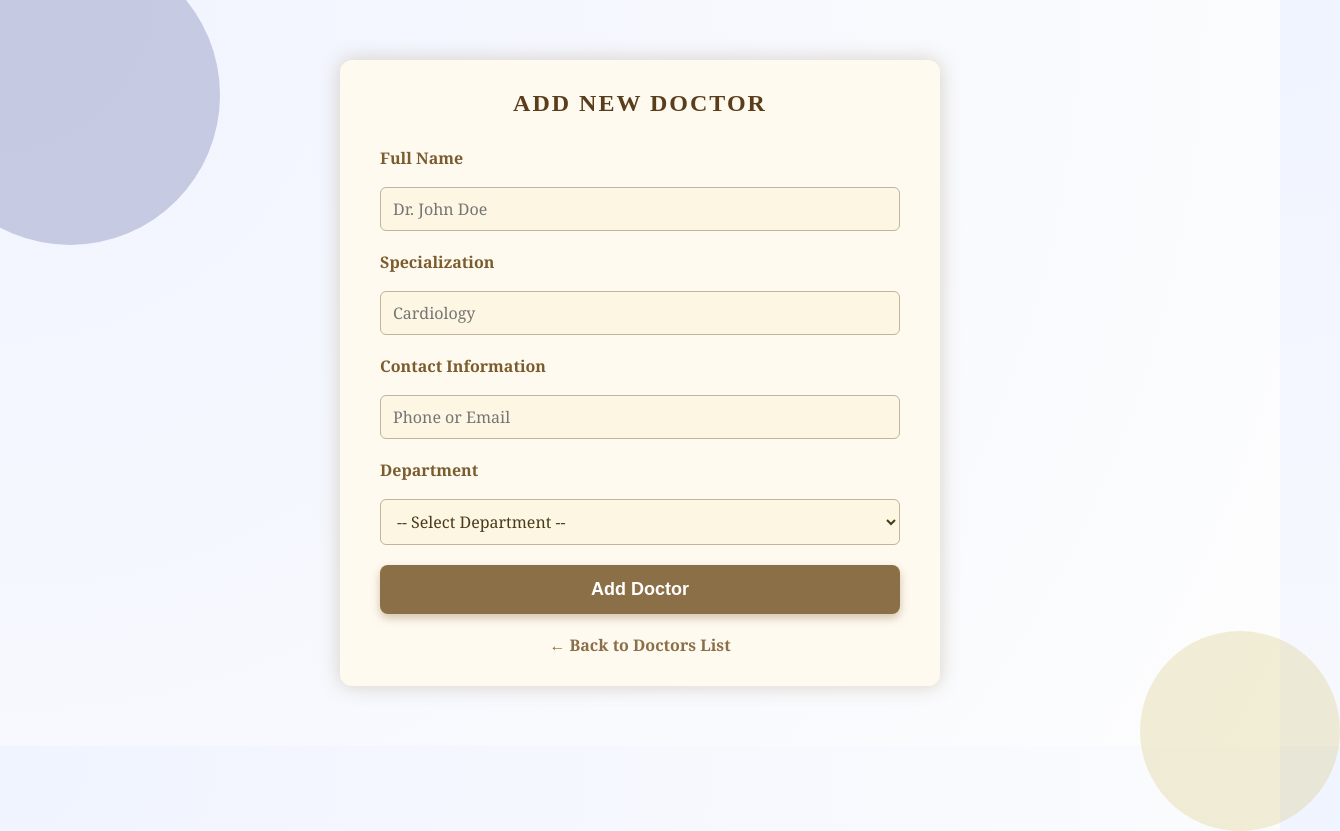
Repository: shreeshskatti/hospital_management_system
Page: http://localhost/doctors/add_doctor.php
The author's editor kept a copy of each file at every save. The page is drawn from the files as they stood at one save, then again after the next save.
The browser window is 1280 px wide. The page is 1340 px wide, so the pictures cover 1340 px, including what lies to the right of the window. The pictures show the whole page.
Some web fonts or font styles are not loaded; a fallback is used. The page is run by PHP 8.4 with error messages shown; the project is at /var/www/html/. Queries for data that is not in the repository find no rows.

Above is the page before, as saved 2025-05-30 11:21:45.

After the next save:
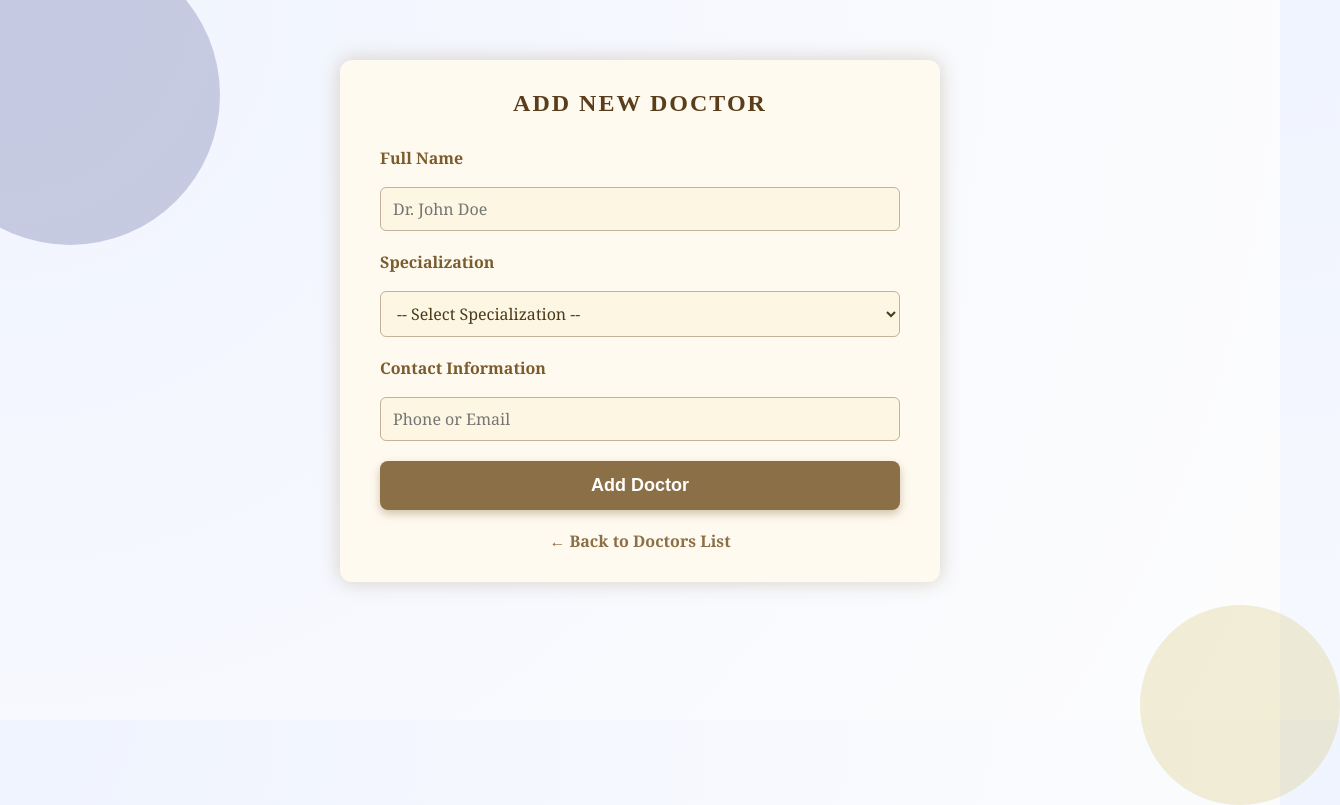
Saved 2 min 55 s later.
--- a/doctors/add_doctor.php
+++ b/doctors/add_doctor.php
@@ -2,42 +2,20 @@
 include '../includes/db.php';
 
 $error = '';
-// Fetch departments for dropdown
-$departments = [];
-$result = $conn->query("SELECT department_id, department_name FROM departments ORDER BY department_name");
-if ($result) {
-    while ($row = $result->fetch_assoc()) {
-        $departments[] = $row;
-    }
-}
 
 if (isset($_POST['submit'])) {
     $name = $conn->real_escape_string($_POST['name']);
     $specialization = $conn->real_escape_string($_POST['specialization']);
     $contact_info = $conn->real_escape_string($_POST['contact_info']);
-    $department_id = intval($_POST['department_id']);
 
-    // Validate department id exists
-    $valid_dept = false;
-    foreach ($departments as $dept) {
-        if ($dept['department_id'] == $department_id) {
-            $valid_dept = true;
-            break;
-        }
-    }
+    $sql = "INSERT INTO doctors (name, specialization, contact_info)
+            VALUES ('$name', '$specialization', '$contact_info')";
 
-    if (!$valid_dept) {
-        $error = "Invalid Department selected.";
+    if ($conn->query($sql)) {
+        echo "<script>alert('Doctor added successfully!'); window.location.href='view_doctors.php';</script>";
+        exit;
     } else {
-        $sql = "INSERT INTO doctors (name, specialization, contact_info, department_id)
-                VALUES ('$name', '$specialization', '$contact_info', $department_id)";
-
-        if ($conn->query($sql)) {
-            echo "<script>alert('Doctor added successfully!'); window.location.href='view_doctors.php';</script>";
-            exit;
-        } else {
-            $error = "Error: " . $conn->error;
-        }
+        $error = "Error: " . $conn->error;
     }
 }
 ?>
@@ -48,7 +26,6 @@ if (isset($_POST['submit'])) {
     <title>Add New Doctor</title>
     <link rel="stylesheet" href="../css/style.css">
     <style>
-    /* same styling as before */
     body {
         font-family: 'Georgia', serif;
         background-color: #f8f4f0;
@@ -146,18 +123,19 @@ if (isset($_POST['submit'])) {
         <input type="text" id="name" name="name" required placeholder="Dr. John Doe">
 
         <label for="specialization">Specialization</label>
-        <input type="text" id="specialization" name="specialization" placeholder="Cardiology">
+        <select id="specialization" name="specialization" required>
+            <option value="">-- Select Specialization --</option>
+            <option value="Cardiology">Cardiology</option>
+            <option value="Neurology">Neurology</option>
+            <option value="Orthopedics">Orthopedics</option>
+            <option value="Pediatrics">Pediatrics</option>
+            <option value="General Medicine">General Medicine</option>
+            <option value="Gynecology">Gynecology</option>
+            <option value="Dermatology">Dermatology</option>
+        </select>
 
         <label for="contact_info">Contact Information</label>
         <input type="text" id="contact_info" name="contact_info" placeholder="Phone or Email">
-
-        <label for="department_id">Department</label>
-        <select id="department_id" name="department_id" required>
-            <option value="">-- Select Department --</option>
-            <?php foreach ($departments as $dept): ?>
-                <option value="<?php echo $dept['department_id']; ?>"><?php echo htmlspecialchars($dept['department_name']); ?></option>
-            <?php endforeach; ?>
-        </select>
 
         <button type="submit" name="submit">Add Doctor</button>
     </form>
